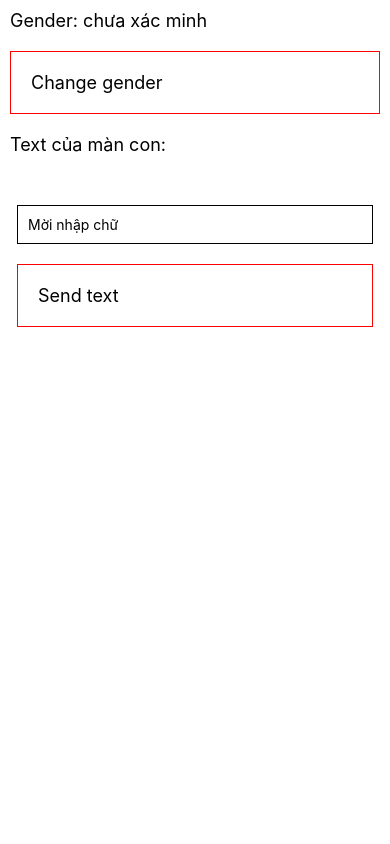
Repository: web345/test
Screen: /
These files come from the project's save history. The screen is drawn as it stood at one moment and after a run of saves; the edit follows.
The app was drawn by React Native's web renderer in a window 390 px wide. The project was rebuilt for these pictures with package versions that can differ from the ones it lists, and the page was loaded fresh each time.

Above is the screen before, as saved 2021-08-17 14:43:06.

### App.js
import React, {useState} from 'react'
import { View, Text, TextInput, TouchableOpacity, StyleSheet, SafeAreaView } from 'react-native'
import Form2 from "./form2"
export default function App() {


  const [gioitinh, setGioitinh]= useState("chưa xác minh");
  const [text1, settext1]= useState(" ");
  return (
    <SafeAreaView>
      <View style={style.form1}>
    <Text style={style.text} >Gender: {gioitinh}</Text>
    <TouchableOpacity style={style.button}><Text style={style.text}>Change gender</Text></TouchableOpacity>
    <Text style={style.text} >Text của màn con: {text1}</Text>
    </View>
    <Form2/>
    </SafeAreaView>
  )
}

const style =StyleSheet.create({
  text: {
    fontSize: 18,
    margin: 10,
  },
  button: {
    borderWidth: 1,
    padding: 10,
    borderColor: "red",
    margin: 10,
  },
  form1: {
    marginBottom: 30,
  },
});

### form2.js
import React from 'react'
import { View, Text, StyleSheet, TextInput, TouchableOpacity } from 'react-native'

export default function form2(props) {
    return (
        <View style={style.container}>
        <TextInput placeholder={"Mời nhập chữ"} style={style.input}></TextInput>
        <TouchableOpacity style={style.button}><Text style={style.text}>Send text</Text></TouchableOpacity>

        </View>
    )
}

const style=StyleSheet.create({
    container: {
        marginLeft: 7,
        marginRight: 7,
    },
    text: {
        fontSize: 18,
        margin: 10,
      },
      button: {
        borderWidth: 1,
        padding: 10,
        borderColor: "red",
        margin: 10,
      },
      input: {
          borderWidth: 1,
          padding: 10,
          margin: 10,
      }
})

After the next 2 saves:
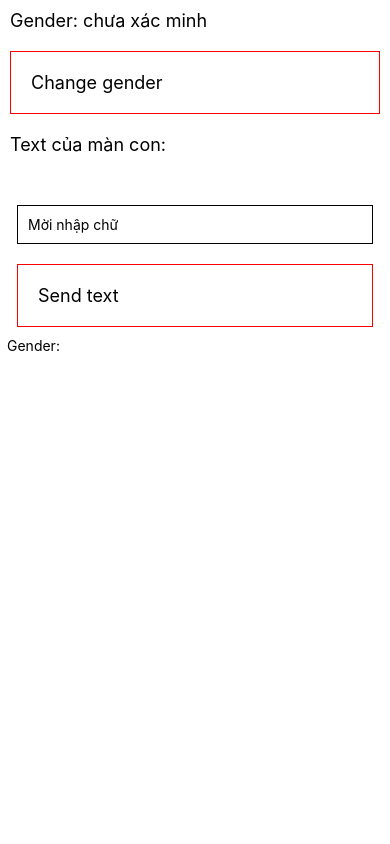
The 2 saves are shown as one change because 1 did not build or start.
The last was saved 54 s later.
--- a/form2.js
+++ b/form2.js
@@ -6,7 +6,7 @@ export default function form2(props) {
         <View style={style.container}>
         <TextInput placeholder={"Mời nhập chữ"} style={style.input}></TextInput>
         <TouchableOpacity style={style.button}><Text style={style.text}>Send text</Text></TouchableOpacity>
-
+        <Text>Gender: {props.gioitinh}</Text>
         </View>
     )
 }
